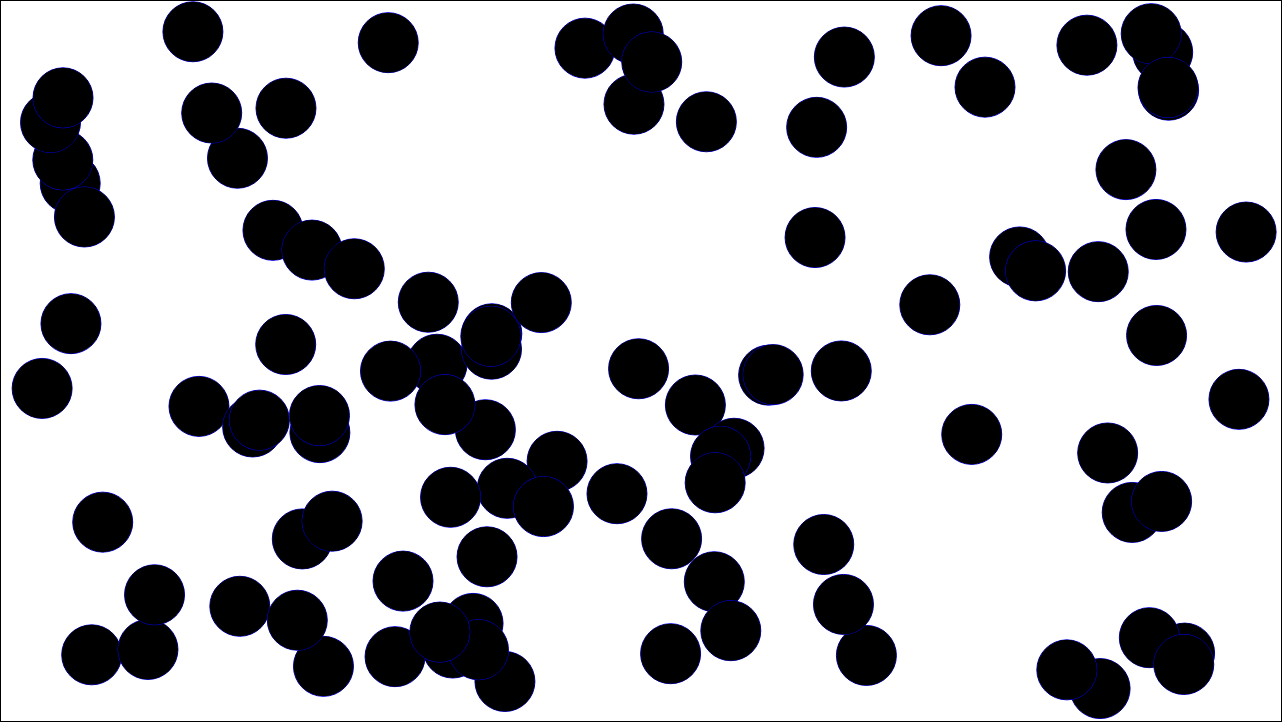
Repository: msminsu/study-canvas
Page: canvas/index.html
These files come from the project's save history. The page is drawn as it stood at one moment and after the next save; the edit follows.
The browser window is 1280 px wide. The page is 1282 px wide, so the pictures cover 1282 px, including what lies to the right of the window. The pictures show the whole page.

Above is the page before, as saved 2018-11-23 14:20:20.

### canvas/index.html
<!DOCTYPE html>
<html lang="en">
<head>
    <meta charset="UTF-8">
    <title>Document</title>
    <style>
        body{
            margin: 0;
        }
        canvas{
            width:100%;
            height: 100vh;
            border:1px solid black

        }
    </style>
</head>
<body>
    <canvas></canvas>
</body>
<script>
    var canvas = document.querySelector('canvas');
    canvas.width = window.innerWidth;
    canvas.height = window.innerHeight;

    var c = canvas.getContext('2d');

    // c.fillRect(100,100, 20, 20);


    /* c.beginPath();
    c.arc(200,200,30, 0, Math.PI * 2, false);
    c.strokeStyle = 'blue';
    c.stroke(); */


var mouse = {
    x:undefined,
    y: undefined
}


window.addEventListener('mousemove',
function(event){
 mouse.x = event.x;
 mouse.y = event.y;
}
)
function Circle(x,y, dx, dy, radius){
        this.x = x;
        this.y = y;
        this.dx = dx;
        this.dy = dy;
        this.radius = radius;

        this.draw = function(){
            c.beginPath();
            c.arc(this.x, this.y, this.radius, 0, Math.PI * 2, false);
            c.strokeStyle = 'blue';
            c.stroke();
            c.fill();
        }

        this.updat = function(){
            if( this.x + this.radius > innerWidth || this.x -this.radius < 0){
            this.dx = -this.dx;
            }

            if( this.y + this.radius > innerHeight || this.y -this.radius < 0){
                this.dy = -this.dy;
            }
            this.x += this.dx;
            this.y += this.dy;

            //
            if(mouse.x - this.x < 50 && mouse.x - this.x > -50
            && mouse.y - this.y < 50 && mouse.y - this.y > -50
            ){
                this.radius += 1;
            }

            this.draw();
        }
}

var circle = new Circle(200, 200, 3,3, 30);

// circle.draw();





var circleArr = [];

for(var i =0; i<100; i++){
    var radius = 30;
    var x = Math.random() * (innerWidth - radius * 2) + radius;
    var y = Math.random() * (innerHeight - radius * 2) + radius;
    var dx = (Math.random() - 0.5) * 8;
    var dy = (Math.random() - 0.5) * 8;
    circleArr.push(new Circle(x, y, dx, dy, radius));
}

    function animate(){
        requestAnimationFrame(animate);


        c.clearRect(0, 0, innerWidth, innerHeight);

        for(var i = 0; i<circleArr.length; i++){
            circleArr[i].updat();
        }
        // circle.draw();

        // c.beginPath();
        // c.arc(x,y,radius, 0, Math.PI * 2, false);
        // c.strokeStyle = 'blue';
        // c.stroke();

       /*  if( x + radius > innerWidth || x -radius < 0){
            dx = -dx;
        }

        if( y + radius > innerHeight || y -radius < 0){
            dy = -dy;
        }
        x += dx;
        y += dy; */
    }

animate();

</script>
</html>

After the next save:
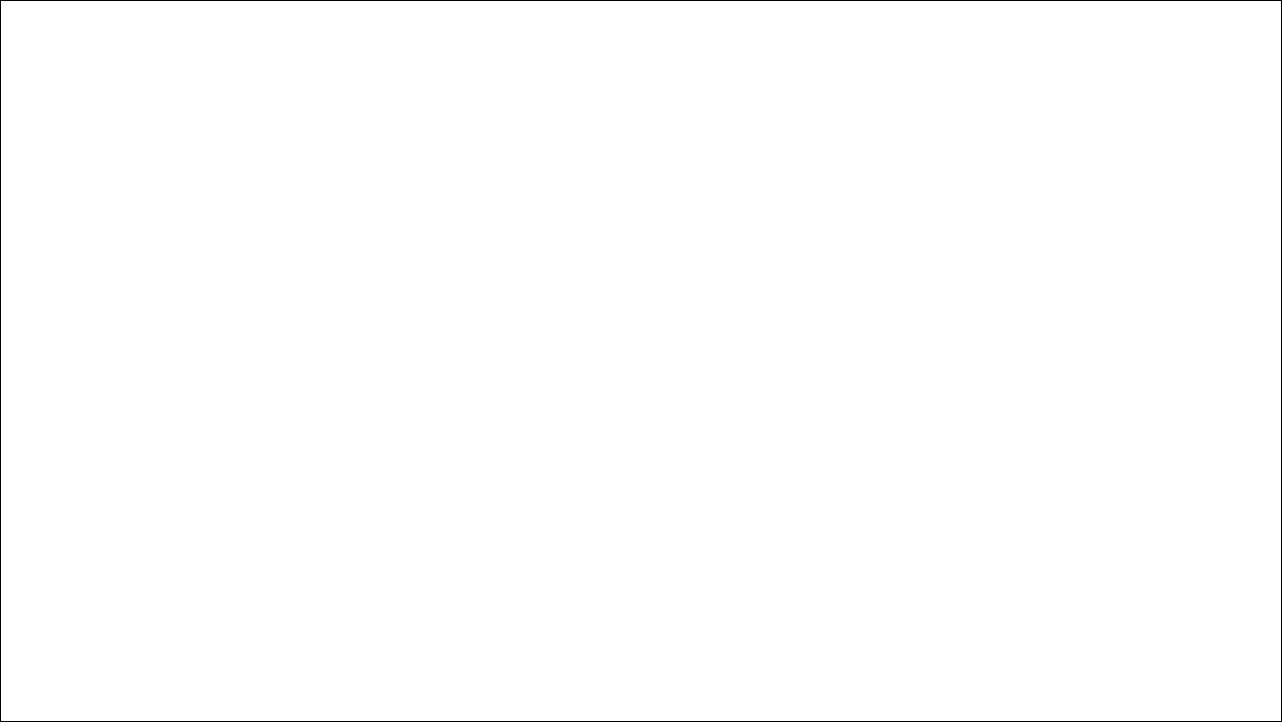
Console error (its wording comes from the project's code and is left out).
Saved 32 s later.
--- a/canvas/index.html
+++ b/canvas/index.html
@@ -77,6 +77,8 @@
             && mouse.y - this.y < 50 && mouse.y - this.y > -50
             ){
                 this.radius += 1;
+            }else{
+                this.radius -= 1;
             }
 
             this.draw();

After the save that followed:
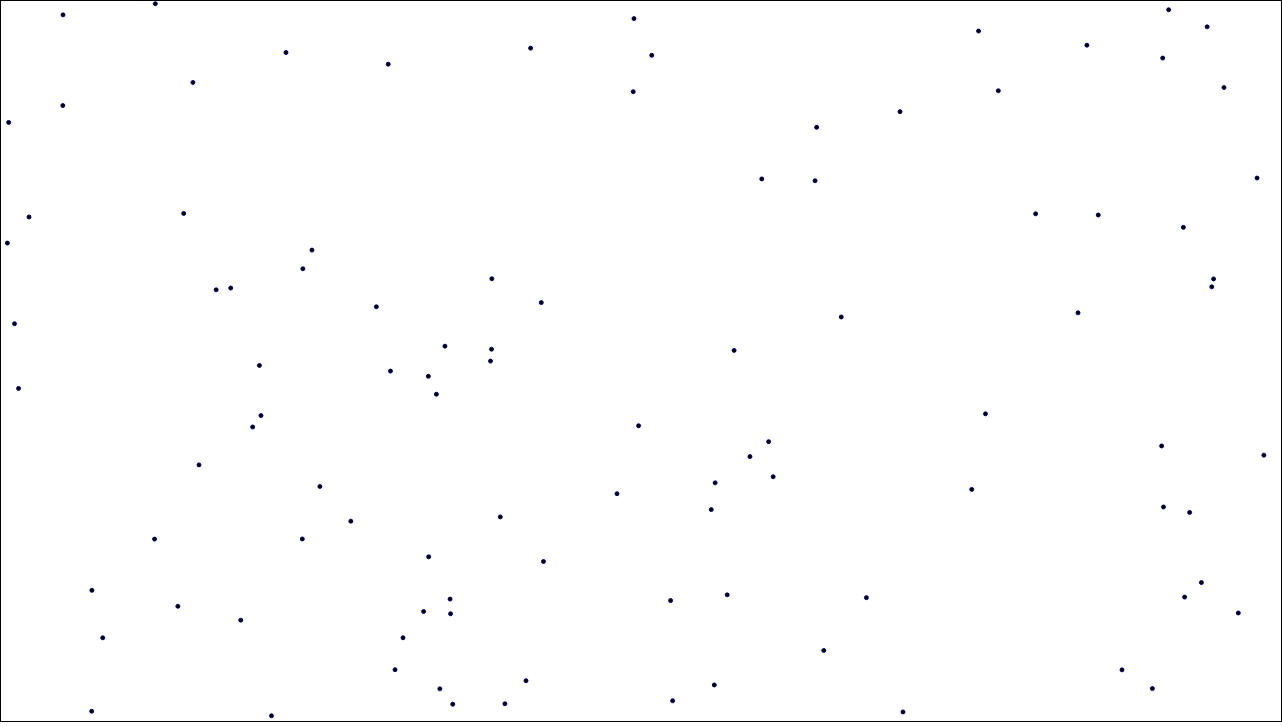
The error is gone.
Saved 33 s later.
--- a/canvas/index.html
+++ b/canvas/index.html
@@ -77,7 +77,7 @@
             && mouse.y - this.y < 50 && mouse.y - this.y > -50
             ){
                 this.radius += 1;
-            }else{
+            }else if(this.radius > 2){
                 this.radius -= 1;
             }
 
